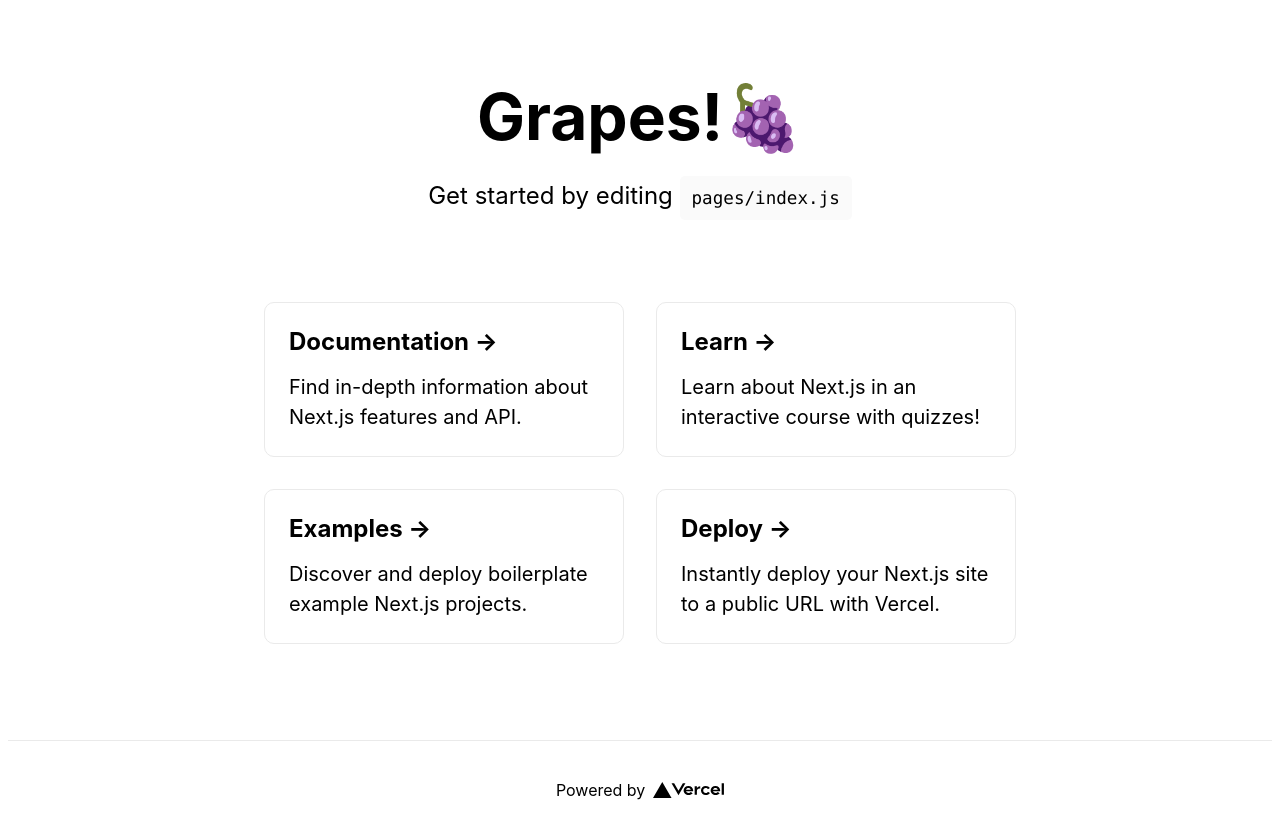
Repository: technogize/next-test-site
Page: /
These files come from the project's save history. The page is drawn as it stood at one moment and after the next save; the edit follows.
The browser window is 1280 px wide. The pictures show the whole page.
The project was rebuilt for these pictures with package versions that can differ from the ones it lists, and the page was loaded fresh each time. The framework's server and built-in components were replaced by stand-ins that run in the browser.

Above is the page before, as saved 2021-10-02 08:42:52.

After the next save:
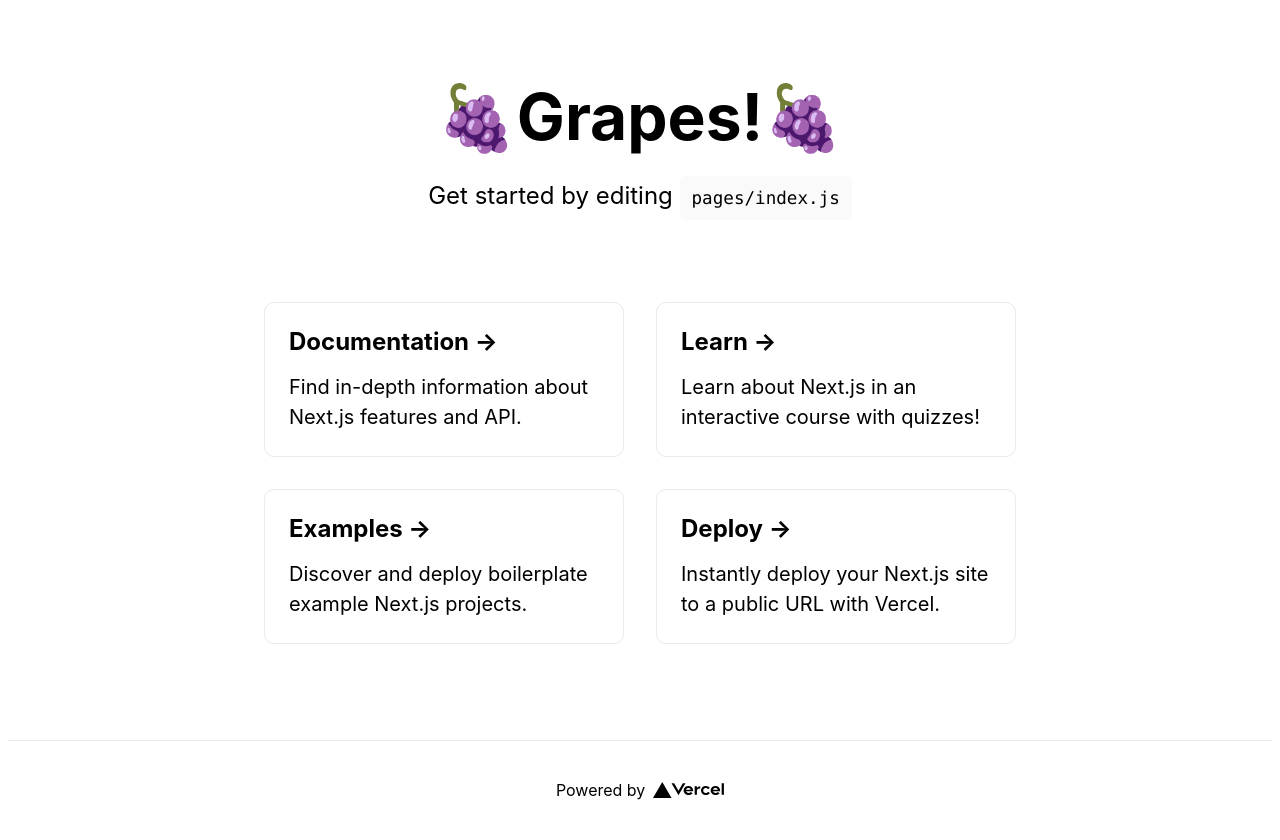
Saved 12 s later.
--- a/pages/index.js
+++ b/pages/index.js
@@ -11,7 +11,7 @@ export default function Home() {
 
       <main className={styles.main}>
         <h1 className={styles.title}>
-          Grapes!🍇
+          🍇Grapes!🍇
         </h1>
 
         <p className={styles.description}>
